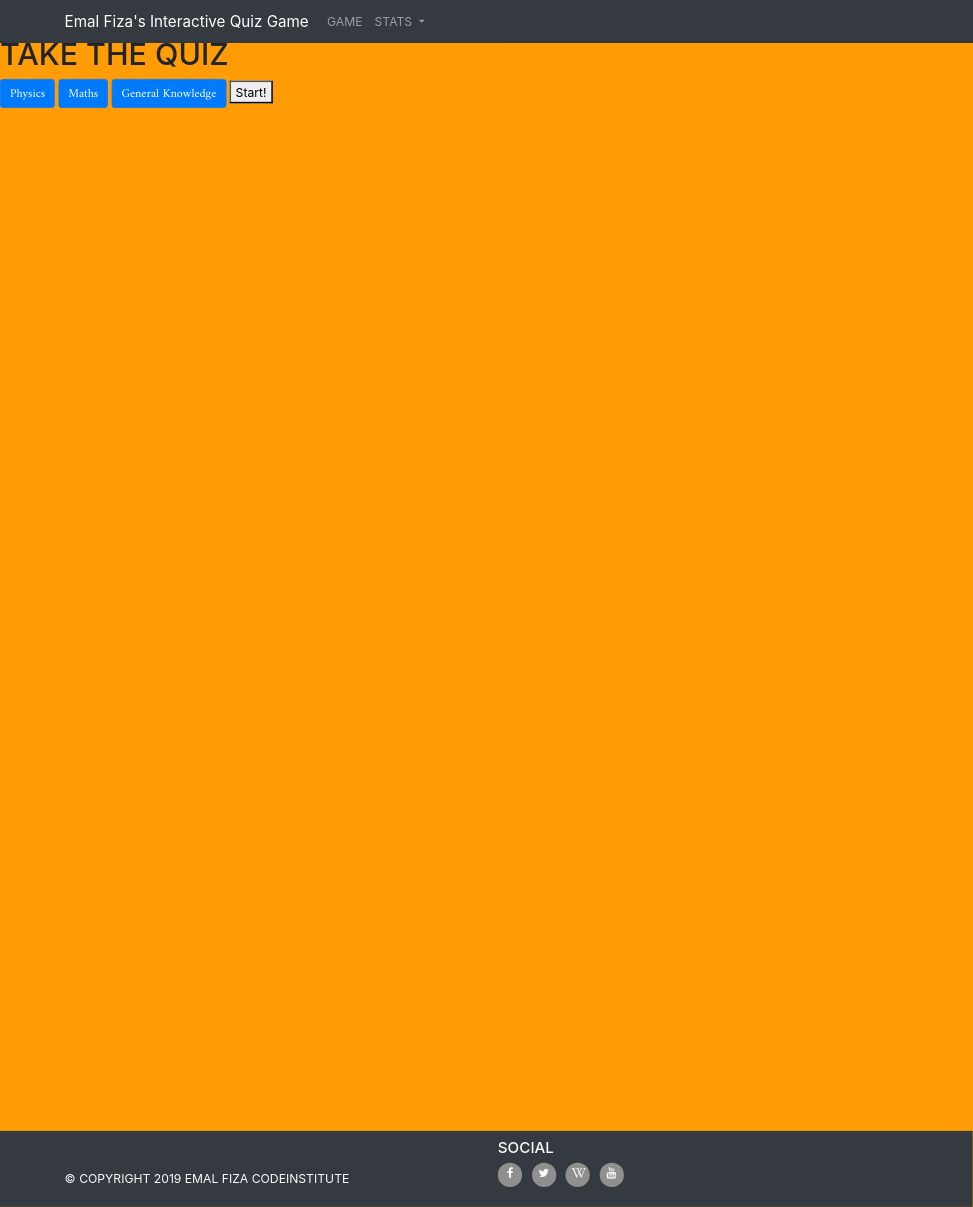
Repository: emalfiza/interactive-quiz-game
Page: index.html
The author's editor kept a record of every edit. The page is drawn from the files as they stood at one moment, then again after the next edit.
The browser window is 1280 px wide. The pictures show the whole page, at 76% of full size.
Some web fonts or font styles are not loaded; a fallback is used. Some web libraries are served in a nearby version.

Above is the page before.
Console error: TypeError: $(...).scrollspy is not a function

### index.html
<!DOCTYPE html>
<html lang="en">

<head>
    <meta charset="UTF-8">
    <meta name="viewport" content="width=device-width, initial-scale=1.0">
    <meta http-equiv="X-UA-Compatible" content="ie=edge">
    <!-- font awesome library -->
    <link rel="stylesheet" href="https://stackpath.bootstrapcdn.com/font-awesome/4.7.0/css/font-awesome.min.css" type="text/css">
    <!-- Bootstrap CDN -->
    <link rel="stylesheet" href="https://stackpath.bootstrapcdn.com/bootstrap/4.3.1/css/bootstrap.min.css" integrity="sha384-ggOyR0iXCbMQv3Xipma34MD+dH/1fQ784/j6cY/iJTQUOhcWr7x9JvoRxT2MZw1T" crossorigin="anonymous">
    <!-- local style sheet link to my css file comes after to make sure it render over bootstrap style -->
    <link rel="stylesheet" href="assets/css/style.css" type="text/css" />
    <title>Ineractive Quiz Game</title>
</head>

<body>
    <!-- Bootstrap navbar to hold the nav bar for the page -->
    <header>
        <nav id="mainNav" class="navbar navbar-expand-md bg-dark navbar-dark fixed-top">
            <div class="container">
                <a class="navbar-brand" href="#">Emal Fiza's Interactive Quiz Game</a>

                <!-- Toggler/collapsibe Button -->
                <button class="navbar-toggler" type="button" data-toggle="collapse" data-target="#collapsibleNavbar">
		        <span class="navbar-toggler-icon"></span>
		        </button>

                <!-- Navbar links -->
                <div class="collapse navbar-collapse" id="collapsibleNavbar">
                    <ul class="navbar-nav">
                        <li class="nav-item">
                            <a class="nav-link" href="game">GAME</a>
                        </li>
                        <li class="nav-item dropdown">
                            <a class="nav-link dropdown-toggle" data-toggle="dropdown" href="#">STATS
							<span class="caret"></span></a>
                            <ul class="dropdown-menu">
                                <li><a class="dropdown-item" href="#">Score</a></li>
                                <li><a class="dropdown-item" href="#">Correct Answers</a></li>
                            </ul>
                        </li>
                    </ul>
                </div>
            </div>
        </nav>
    </header>

    <!-- Main Bootstrap class padding 5 to hold the main content of the game -->
    <main class="pt-5">

        <!-- section to hold content for quiz game -->
        <section id="game" class="min-vw-100 min-vh-100">
            <!-- Bootsttrap predefined button class from the bootstarp ducomentation -->
            <div id="fullQuiz">
                <div>
                    <h1 id="heading1">TAKE THE QUIZ</h1>
                </div>
                <button id="physics" type="button" class="btn btn-primary">Physics</button>
                <button id="maths" type="button" class="btn btn-primary">Maths</button>
                <button id="general" type="button" class="btn btn-primary">General Knowledge</button>
                <button id="startButton" type="button">Start!</button>
            </div>
            <div id="quizDiv">
            </div>
        </section>

        <!-- section to hold content for stats of the game -->
        <section id="stats" class="min-vw-100 min-vh-100">

        </section>
    </main>

    <!--Footer html codes copy pasted from my Stream One Project: User-Centric Frontend Development - project-kabul Code Institute-->
    <footer class="container-fluid footer">
        <div class="container">
            <div class="row">
                <div class="col-sm-6">
                    <p class="uppercase general-sub special">&copy; Copyright 2019 Emal Fiza CodeInstitute</p>
                </div>
                <div class="col-sm-6">
                    <h5 class="uppercase general-sub">Social</h5>
                    <ul class="list-inline social-links">
                        <li class="list-inline-item">
                            <a target="_blank" href="https://www.facebook.com/places/Things-to-do-in-Kabul-Afghanistan/102164239825190/">
              <i class="fa fa-facebook" aria-hidden="true"></i>
              <span class="sr-only">Facebook</span>
            </a>
                        </li>
                        <li class="list-inline-item">
                            <a target="_blank" href="https://twitter.com/kabulnewstv">
              <i class="fa fa-twitter" aria-hidden="true"></i>
              <span class="sr-only">Twitter</span>
            </a>
                        </li>
                        <li class="list-inline-item">
                            <a target="_blank" href="https://en.wikipedia.org/wiki/Kabul">
              <i class="fa fa-wikipedia-w" aria-hidden="true"></i>
              <span class="sr-only">Wikipedia</span>
            </a>
                        </li>
                        <li class="list-inline-item">
                            <a target="_blank" href="https://www.youtube.com/watch?v=JuWQ4T8p5m0">
              <i class="fa fa-youtube" aria-hidden="true"></i>
              <span class="sr-only">YouTube</span>
            </a>
                        </li>
                    </ul>
                </div>
            </div>
        </div>

    </footer>

    <!-- Adding bootstrap javascript files and Jquery files -->
    <script src="https://code.jquery.com/jquery-3.4.1.min.js" integrity="sha256-CSXorXvZcTkaix6Yvo6HppcZGetbYMGWSFlBw8HfCJo=" crossorigin="anonymous">
    </script>
    <script src="https://cdnjs.cloudflare.com/ajax/libs/popper.js/1.14.7/umd/popper.min.js" integrity="sha384-UO2eT0CpHqdSJQ6hJty5KVphtPhzWj9WO1clHTMGa3JDZwrnQq4sF86dIHNDz0W1" crossorigin="anonymous">
    </script>
    <script src="https://stackpath.bootstrapcdn.com/bootstrap/4.3.1/js/bootstrap.min.js" integrity="sha384-JjSmVgyd0p3pXB1rRibZUAYoIIy6OrQ6VrjIEaFf/nJGzIxFDsf4x0xIM+B07jRM" crossorigin="anonymous">
    </script>
    <script src="https://code.jquery.com/jquery-3.1.0.js" integrity="sha256-slogkvB1K3VOkzAI8QITxV3VzpOnkeNVsKvtkYLMjfk=" crossorigin="anonymous">
    </script>
    <!-- Local JavaScript files links -->
    <script type="text/javascript" src="assets/js/main.js">
    </script>
    <script type="text/javascript" src="assets/js/questions.js">
    </script>
</body>

</html>

### assets/css/style.css
/*
▓█████  ███▄ ▄███▓ ▄▄▄       ██▓         █████▒██▓▒███████▒ ▄▄▄
▓█   ▀ ▓██▒▀█▀ ██▒▒████▄    ▓██▒       ▓██   ▒▓██▒▒ ▒ ▒ ▄▀░▒████▄
▒███   ▓██    ▓██░▒██  ▀█▄  ▒██░       ▒████ ░▒██▒░ ▒ ▄▀▒░ ▒██  ▀█▄
▒▓█  ▄ ▒██    ▒██ ░██▄▄▄▄██ ▒██░       ░▓█▒  ░░██░  ▄▀▒   ░░██▄▄▄▄██
░▒████▒▒██▒   ░██▒ ▓█   ▓██▒░██████▒   ░▒█░   ░██░▒███████▒ ▓█   ▓██▒
░░ ▒░ ░░ ▒░   ░  ░ ▒▒   ▓▒█░░ ▒░▓  ░    ▒ ░   ░▓  ░▒▒ ▓░▒░▒ ▒▒   ▓▒█░
 ░ ░  ░░  ░      ░  ▒   ▒▒ ░░ ░ ▒  ░    ░      ▒ ░░░▒ ▒ ░ ▒  ▒   ▒▒ ░
   ░   ░      ░     ░   ▒     ░ ░       ░ ░    ▒ ░░ ░ ░ ░ ░  ░   ▒
   ░  ░       ░         ░  ░    ░  ░           ░    ░ ░          ░  ░
                                                  ░


google font Amiri and Tomorrow imported from the google font the entire project*/
@import url('https://fonts.googleapis.com/css?family=Amiri:100,200,300,400,500,600,700|Tomorrow:100,200,300,400,500,600,700&display=swap');

/* Animation colour change css code copied from CodePen and slightly changed by myself */

body {
    animation: colorchange 45s infinite;
    /* animation-name followed by duration in seconds*/
    /* you could also use milliseconds (ms) or something like 2.5s */
    -webkit-animation: colorchange 45s infinite;
    /* Chrome and Safari */
}

@keyframes colorchange {
    0% {
        background: #ff0000;
    }
    25% {
        background: #ffc107;
    }
    50% {
        background: #0000ff;
    }
    75% {
        background: #008000;
    }
    100% {
        background: #ff0000;
    }
}

@-webkit-keyframes colorchange
/* Safari and Chrome - necessary duplicate */

    {
    0% {
        background: #ff0000;
    }
    25% {
        background: #ffc107;
    }
    50% {
        background: #0000ff;
    }
    75% {
        background: #008000;
    }
    100% {
        background: #ff0000;
    }
}

html,
body {
    margin: 0;
    padding: 0;
    overflow-x: hidden;
    /* to have smooth scroll effect */
    scroll-behavior: smooth;
}

/* Nav bar of the page */

/* to have the color changed when the scroltop() is greater than the height - main.js changes the color */

.scrolled {
    box-shadow: 0 .5rem 1rem grey;
    background-color: #ca2a67 !important;
    transition: background-color 400ms linear;
}

/* to toggle the color back with a smooth transition */

.fixed-top {
    transition: background-color 400ms linear;
}

.active {
    font-family: 'Amiri', sans-serif;
    font-weight: 700;
    color: white;
    transition: color 300ms linear, font-weight 300ms linear;
}

/* main content of the game page */
#center {
    position: absolute;
    width: 50%;
    height: 25%;
    top: 50%;
    left: 25%;
    margin: auto;
    border-radius: 20px;
}

.btn-primary {
    font-family: 'Amiri', Sans-Serif;
    position: relative;
    margin: auto;
}

/* Footer css codes copy pasted from my Stream One Project: User-Centric Frontend Development - project-kabul Code Institute */
footer {
    background-color: #343a40!important;
    color: #fafafa;
    min-height: 100px;
}

.footer {
    position: relative;
    left: 0;
    bottom: 0;
    width: 100%;
}

.uppercase {
    text-transform: uppercase;
}

/* --The font-family for the general-sub I copied from the bootsratp navbar "DevTool" of my home page
because I wanted my footer font family to match my navbar--*/

.general-sub {
    font-family: -apple-system, BlinkMacSystemFont, "Segoe UI", Roboto, "Helvetica Neue",
    Arial, "Noto Sans", sans-serif, "Apple Color Emoji", "Segoe UI Emoji", "Segoe UI Symbol", "Noto Color Emoji";
    margin-top: 10px;
}

.special {
    margin-left: 0px;
    margin-top: 50px;
}

.social-links {
    padding: 0;
}

.social-links li a i {
    position: relative;
    width: 32px;
    height: 32px;
    padding: 8px;
    border-radius: 50%;
    font-size: 15px;
    line-height: 12px;
    text-align: center;
    color: #fafafa;
    background-color: #8f8f8f;
    transition: all 0.40s ease-in-out;
    -moz-transition: all 0.40s ease-in-out;
    -webkit-transition: all 0.40s ease-in-out;
    -o-transition: all 0.40s ease-in-out;
}

.social-links li a i:hover {
    background-color: #252525;
}

### assets/js/main.js
$(function () {
  $(document).scroll(function () {
    var $nav = $(".fixed-top");
    $nav.toggleClass('scrolled', $(this).scrollTop() > $nav.height());
  });

});
/*
Got help from:
https://github.com/BlackrockDigital/startbootstrap-scrolling-nav/blob/master/js/scrolling-nav.js
*/
(function($) {
  "use strict"; // Start of use strict
  // Activate scrollspy to add active class to navbar items on scroll
  $('body').scrollspy({
    target: '#mainNav',
    offset: 56
  });

})(jQuery); // End of use strict


$(document).ready(function() {
    $.getJSON("assets/js/test.json", function(jsonObject) {
        console.log(jsonObject.quizTitle); // this will show the info it in firebug console
        console.log(jsonObject.questions[0].correctAnswer); // this will show the info it in firebug console
    });
});

### assets/js/questions.js
var physicsQuestions = [{
        question: "What is the first name of the famous scientist who gave us Newton’s three laws of motion?",
        choices: ["Albert Einstein", "Galileo Galilei", "Michael Faraday", "Isaac Newton"],
        answer: "Isaac Newton"
    },
    {
        question: "Bolometer is used to measure?",
        choices: ["Temperature", "Frequency", "Velocity", "Wavelength"],
        answer: "Temperature"
    },
    {
        question: "Which one of the following has the highest value of specific heat?",
        choices: ["Alcohol", "Methane", "Water", "Kerosene"],
        answer: "Water"
    },
    {
        question: "Product of Force and Velocity is called:",
        choices: ["Work", "Energy", "Power", "Momentum"],
        answer: "Power"
    },
    {
        question: "A man presses more weight on earth at:",
        choices: ["leaning Position", "Lying Position", "Standing Position", "Sitting position"],
        answer: "Standing Position"
    },
    {
        question: "If electrical conductivity increases with the increase of temperature of a substance, then it is a:",
        choices: ["Conductor", "Semiconductor", "Insulator", "Carborator"],
        answer: "Semiconductor"
    },
    {
        question: "With the increase of pressure, the boiling point of any substance",
        choices: ["Increases", "Becomes zero", "Decreases", "Remains Same"],
        answer: "Increases"
    },
    {
        question: "The rotational effect of a force on a body about an axis of rotation is described in terms of the",
        choices: ["Centre of gravity", "Centrifugal force", "Moment of force", "Centripetal force"],
        answer: "Moment of force"
    },
    {
        question: "What is the unit of Astronomical Distance?",
        choices: ["Weber", "Lux", "Angstrom", "Light year"],
        answer: "Light year"
    },
    {
        question: "What is the scale used for measuring the intensity of the earthquake?",
        choices: ["Richter Scale", "Quake Scale", "Metric Scale", "Epicentre Scale"],
        answer: "Richter Scale"
    }
];

var mathsQuestions = [{
        question: "You are travelling down the motorway at 60 m/s. How long will it take you to cover a distance of 30,000 metres?",
        choices: ["750 seconds", "50 seconds", "500 seconds", "1050 seconds"],
        answer: "500 second"
    },
    {
        question: "Convert you last answer from seconds to minutes. How many minutes does it therefore take you to travel 30,000 metres at 60m/s?",
        choices: ["8.33 mins", "0.833 mins", "12.5 min", "17.5 mins"],
        answer: "8.33 mins"
    },
    {
        question: "Aamina and Emal Fiza are working on a maths project together, and together they are being paid a total of £10,000 in the ratio 6:4 respectively. How much does Emal get paid?",
        choices: ["£5000", "£6000", "£4000", "£3750"],
        answer: "£4000"
    },
    {
        question: "Emal Fiza suffers from the case of a broken nose and the size of his nose increases by 2.5% each month. If his nose measured 4 cm at the beginning of December, what does his nose measure mid-April?",
        choices: ["4.42 cm", "4.31 cm", "4.20 cm", "4.3 cm"],
        answer: "4.42 cm"
    },
    {
        question: "You are travelling in the shape of a right-handed triangle, with sides measuring - hypotenuse 50m and adjacent 43m. what is the length of the opposite side?",
        choices: ["423 m", "754 m", "534 m", "651 m"],
        answer: "651 m"
    },
    {
        question: "How much does the angle between the given adjacent and hypotenuse in the last question measure?",
        choices: ["50 degrees", "90 degrees", "40.7 degrees", "94.55 degrees"],
        answer: "40.7 degrees"
    },
    {
        question: "What is 567,846 rounded to the nearest 10",
        choices: ["567,800", "567,850", "567,840", "570,000"],
        answer: "567,850"
    },
    {
        question: "Emal Fiza and Aamina are playing a quiz. For every 5 questions Aamina scores correctly, Emal scores one correct question. How many questions does Emal get correct if Aamina gets 70 questions correct?",
        choices: ["14", "23", "11", "50"],
        answer: "14"
    },
    {
        question: "If you have a straight line 3y = 6x+5; what is the gradient of the line?",
        choices: ["6", "2", "5", "18"],
        answer: "2"
    },
    {
        question: "What Is the y-intercept of the straight line of equation 3y = 6x+5?",
        choices: ["3", "6", "5", "1.7"],
        answer: "5"
    }
];

var generalQuestions = [{
        question: "Which chess piece is of the lowest theoretical value?",
        choices: ["Knight", "Castle", "Bishop", "Pawn"],
        answer: "Pawn"
    },
    {
        question: "What is the capital of Canada?",
        choices: ["Montreal", "Ottawa", "Toronto", "Vancouver"],
        answer: "Ottawa"
    },
    {
        question: "Who was the first man on the moon?",
        choices: ["Buzz Aldrin", "Yuri Gagarin", "Neil Armstrong", "John Glennr"],
        answer: "Neil Armstrong"
    },
    {
        question: "According to the Bible, what was the name of the town which was the birthplace of Jesus Christ?",
        choices: ["Nazareth", "Bethlehem", "Jerusalem", "Gethsemane"],
        answer: "Bethlehem"
    },
    {
        question: "What number is represented by the letters XIX in Roman numerals?",
        choices: ["19", "16", "11", "21"],
        answer: "19"
    },
    {
        question: "Name the third known major planet from the sun in our solar system.",
        choices: ["Venus", "Jupiter", "Mars", "Earth"],
        answer: "Earth"
    },
    {
        question: "What is the biggest living fish in the ocean?",
        choices: ["white shark", "Whale", "Tuna", "Barracuda"],
        answer: "Whale"
    },
    {
        question: "In which African country is Timbuktu?",
        choices: ["Algeria", "Chad", "Mali", "Nigeria"],
        answer: "Mali"
    },
    {
        question: "Name the traditional and popular wrestling sport of Japan.",
        choices: ["Sumo", "Origami", "Ikebana", "NKendo"],
        answer: "Sumo"
    },
    {
        question: "Name the capital of Australia.",
        choices: ["Melbourne", "Sydney", "Perth", "Canberra"],
        answer: "Canberra"
    }
];

After the next edit:
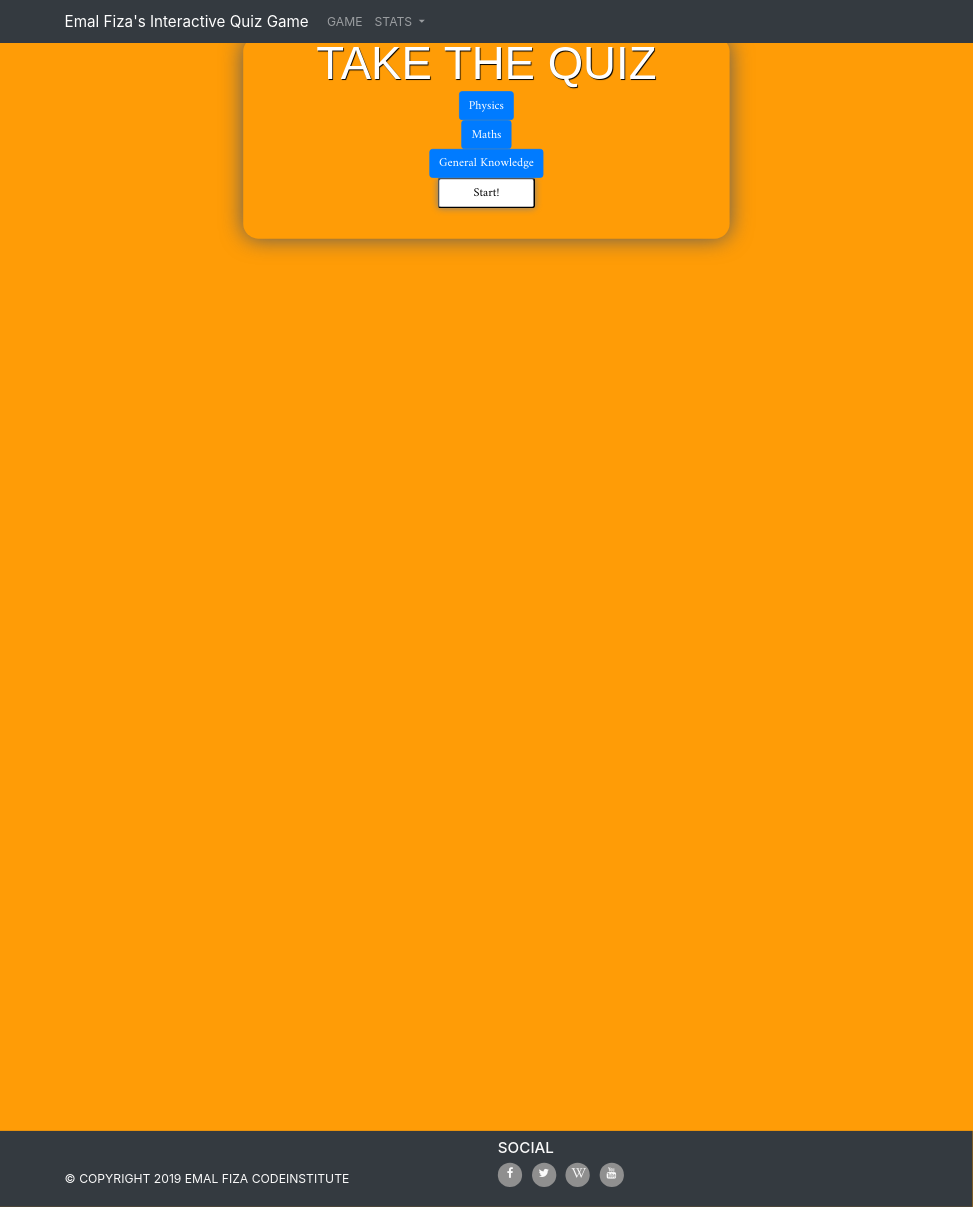
The edit:
--- a/assets/css/style.css
+++ b/assets/css/style.css
@@ -110,6 +110,99 @@ body {
     font-family: 'Amiri', Sans-Serif;
     position: relative;
     margin: auto;
+}
+
+/* */
+
+#fullQuiz {
+	width: 50%;
+	margin: 0 auto;
+	border-radius: 20px;
+    animation: newColorChange 50s infinite;
+	-webkit-animation: newColorChange 50s infinite; /* Chrome and Safari */
+}
+@keyframes newColorChange {
+	0% {border-color: white; box-shadow: 0 0 30px black;}
+	50% {border-color: black; box-shadow: 0 0 30px white;}
+}
+
+@-webkit-keyframes newColorChange {
+	0% {border: 5px solid white; box-shadow: 0 0 30px black;}
+	50% {border: 5px solid black; box-shadow: 0 0 30px white;}
+}
+
+#fullQuiz {
+	display: flex;
+	justify-content: center;
+	flex-direction: column;
+}
+
+#quizDiv {
+	margin: 0 auto;
+	text-align: center;
+}
+
+#quiz {
+    text-align: center;
+    font-family: 'Tomorrow', sans-serif;
+    text-shadow: 1px 1px 1px black;
+}
+
+h1{
+    margin: 0 auto;
+	text-align: center;
+	font-family: 'Tomorrow', sans-serif;
+	font-size: 60px;
+	color: white;
+	text-shadow: 1px 1px 1px black;
+  }
+
+
+h2 {
+	color: white;
+	text-shadow: 1px 1px 1px black;
+}
+
+h3{
+	color: white;
+	text-shadow: 1px 1px 1px black;
+}
+
+label {
+	color: white;
+	text-shadow: 1px 1px 1px black;
+}
+
+
+#questionDiv {
+	margin: 0 auto;
+	display: inline-block;
+	padding-right: 20px;
+}
+
+input[type="radio"] {
+	padding: 10px 10px;
+}
+
+#startButton {
+	width: 20%;
+	margin: 0 auto;
+	height: 40px;
+	border-radius: 4px;
+	background-color: white;
+	font-size: 16px;
+	font-family: 'Amiri', sans-serif;
+	box-shadow: 0 0 10px gray;
+	margin-bottom: 40px;
+}
+
+#submitButton {
+	margin-top: 40px;
+	margin-bottom: 40px;
+}
+
+#startButton:focus {
+	border-color: red;
 }
 
 /* Footer css codes copy pasted from my Stream One Project: User-Centric Frontend Development - project-kabul Code Institute */
